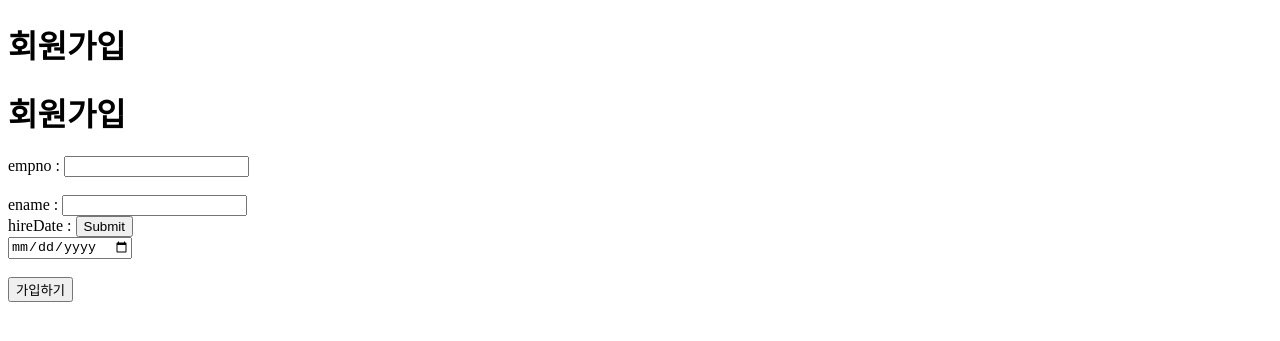
Repository: polikiki/Connor-s-team-projectt
Page: http://localhost/proj6_myBatis/emp0?cmd=join
The author's editor kept a copy of each file at every save. The page is drawn from the files as they stood at one save, then again after the next save.
The browser window is 1280 px wide. The pictures show the whole page.
The page is served by Tomcat 9.

Above is the page before, as saved 2024-09-20 01:20:27.

After the next save:
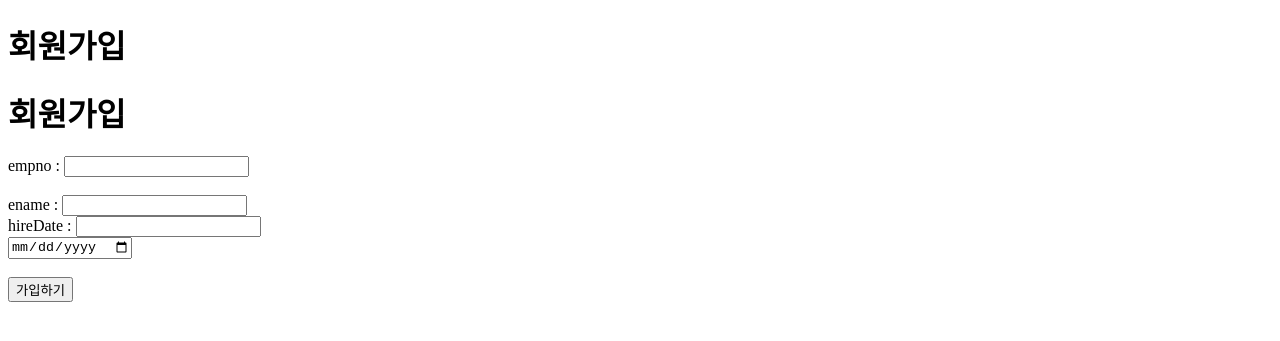
Saved 17 s later.
--- a/workspace_java/proj6_myBatis/src/main/webapp/WEB-INF/views/empjoin.jsp
+++ b/workspace_java/proj6_myBatis/src/main/webapp/WEB-INF/views/empjoin.jsp
@@ -53,7 +53,7 @@
 			${empDTP.ename}
 		</c:when>
 		<c:otherwise>
-			<input type="submit" name="가입하기"><br>
+			<input type="text" name="hiredate"><br>
 		</c:otherwise>
 </c:choose>
 	<input type="date" name="hireDate"><br>
